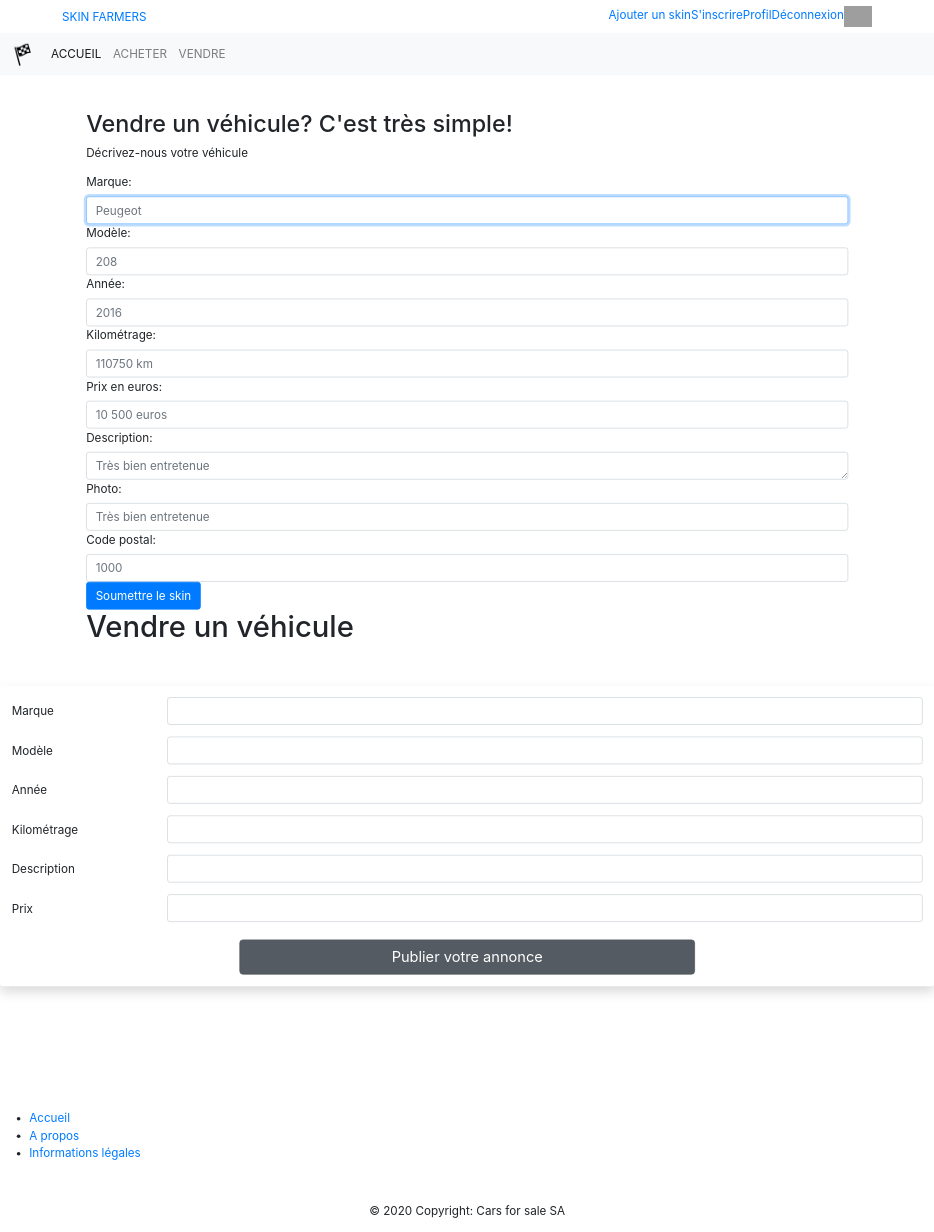
Repository: JonasvanHoorebeke/node_project_carforsale_final
Page: http://localhost/annonce/add
These files come from the project's save history. The page is drawn as it stood at one moment and after the next save; the edit follows.
The browser window is 1280 px wide. The pictures show the whole page, at 73% of full size.
Pictures or frames that could not be fetched are drawn as grey boxes. The page is served by the project's Node server (server.js).

Above is the page before, as saved 2020-08-25 10:29:49.

After the next save:
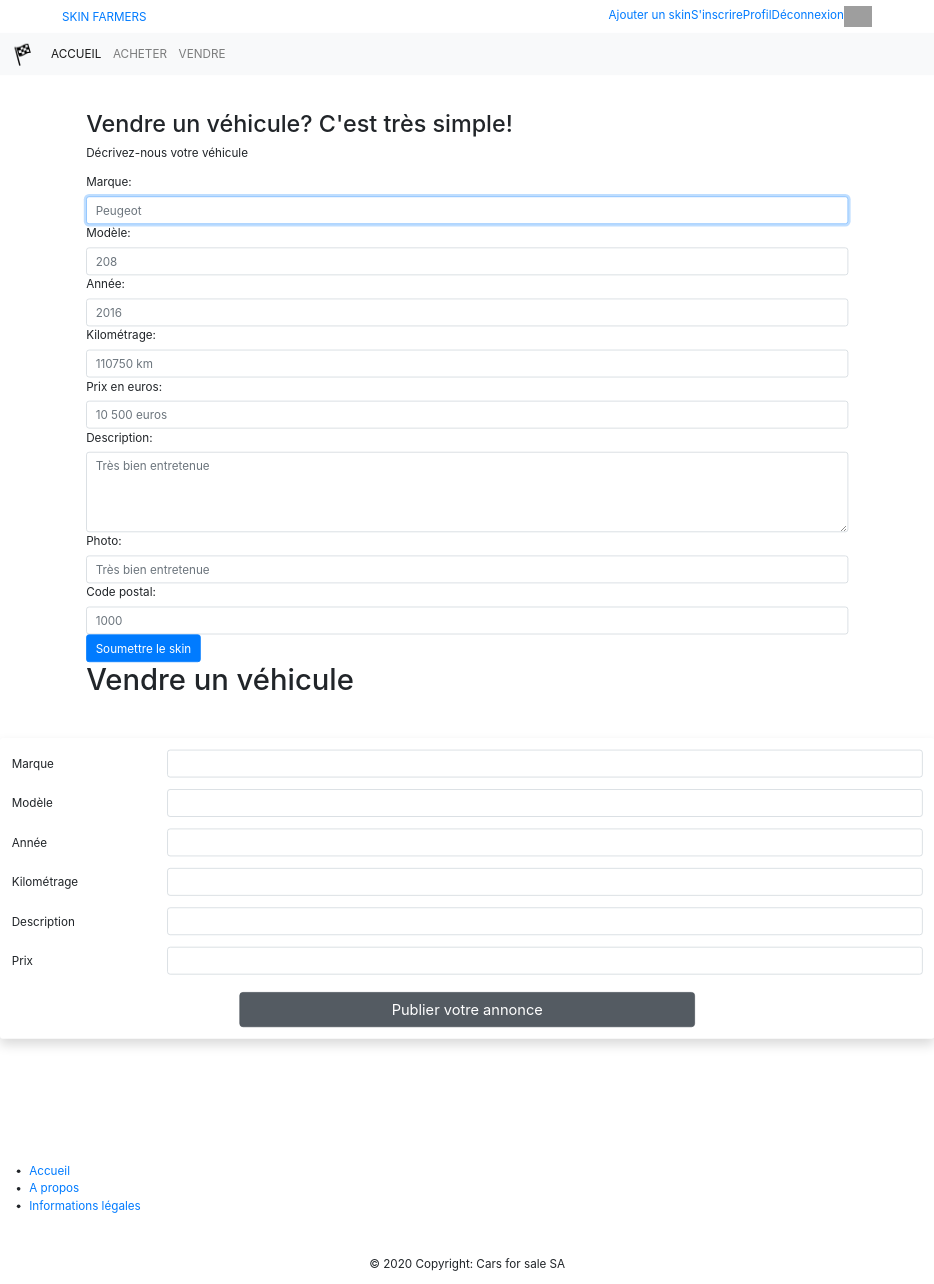
Saved 12 s later.
--- a/views/annonce_add.ejs
+++ b/views/annonce_add.ejs
@@ -26,7 +26,7 @@
     </div>
     <div class="infosignup">
         <label for="description" class="nomdescases">Description:</label>
-        <textarea type="textarea" cols="40" rows="1" class="form-control" id="description" placeholder="Très bien entretenue" name="description" required aria-label="description"></textarea>
+        <textarea type="textarea" cols="40" rows="4" class="form-control" id="description" placeholder="Très bien entretenue" name="description" required aria-label="description"></textarea>
     </div>
     <div class="infosignup">
         <label for="photo" class="nomdescases">Photo:</label>
